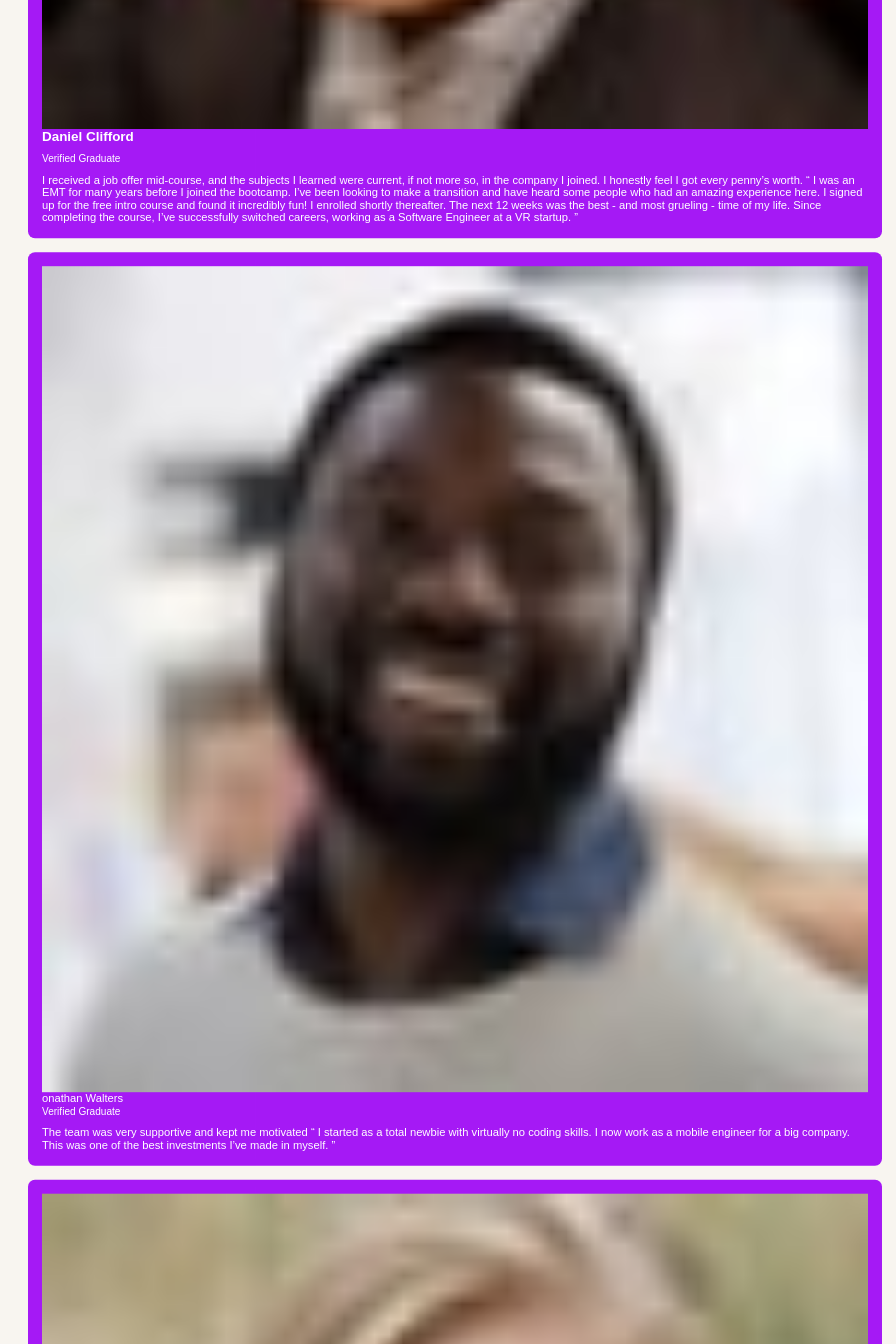
Repository: MagedElRefaey/Grid-Project
Page: Task.html
These files come from the project's save history. The page is drawn as it stood at one moment and after the next save; the edit follows.
The browser window is 1280 px wide. The pictures show the part of the page from y = 1036 to 2956 px (the page is 6830 px tall before and 6866 px after), at 70% of full size.

Above is the page before, as saved 2024-09-13 22:27:06.

### Task.html
<!DOCTYPE html>
<html lang="en">
<head>
    <link rel ="stylesheet" href="./Style.css">
    <meta charset="UTF-8">
    <meta name="viewport" content="width=device-width, initial-scale=1.0">
    <title>Document</title>
</head>
<body>
    <div class="Container">
        <div class="Card David"> <img src = "images/image-daniel.jpg">

            <h3>Daniel Clifford</h3>
            <p>Verified Graduate</p>

            I received a job offer mid-course, and the subjects I learned were current, if not more so,
            in the company I joined. I honestly feel I got every penny’s worth.

            “ I was an EMT for many years before I joined the bootcamp. I’ve been looking to make a
            transition and have heard some people who had an amazing experience here. I signed up
            for the free intro course and found it incredibly fun! I enrolled shortly thereafter.
            The next 12 weeks was the best - and most grueling - time of my life. Since completing
            the course, I’ve successfully switched careers, working as a Software Engineer at a VR startup. ”</div>
        <div class="Card Jonathan"><img src = "images/image-jonathan.jpg"> onathan Walters
            <p>Verified Graduate</p>

            The team was very supportive and kept me motivated

            “ I started as a total newbie with virtually no coding skills. I now work as a mobile engineer
            for a big company. This was one of the best investments I’ve made in myself. ”</div>
        <div class="Card Jeantette"> <img src = "images/image-jeanette.jpg">
            <h3>Jeanette Harmon</h3>
            <p>Verified Graduate</p>

            An overall wonderful and rewarding experience

            “ Thank you for the wonderful experience! I now have a job I really enjoy, and make a good living
            while doing something I love. ” </div>

        <div class="Card Patrick"><img src="images/image-patrick.jpg">
            <h3>Patrick Abrams</h3>
            <p>Verified Graduate</p>

            Awesome teaching support from TAs who did the bootcamp themselves. Getting guidance from them and
            learning from their experiences was easy.

            “ The staff seem genuinely concerned about my progress which I find really refreshing. The program
            gave me the confidence necessary to be able to go out in the world and present myself as a capable
            junior developer. The standard is above the rest. You will get the personal attention you need from
            an incredible community of smart and amazing people. ”
           </div>
        <div class="Card Kira"><img src="images/image-kira.jpg">
            <h3>Kira Whittle</h3>
            <p>erified Graduate</p>

            Such a life-changing experience. Highly recommended!

            “ Before joining the bootcamp, I’ve never written a line of code. I needed some structure from
            professionals who can help me learn programming step by step. I was encouraged to enroll by a former
            student of theirs who can only say wonderful things about the program. The entire curriculum and staff
            did not disappoint. They were very hands-on and I never had to wait long for assistance. The agile team
            project, in particular, was outstanding. It took my learning to the next level in a way that no tutorial
            could ever have. In fact, I’ve often referred to it during interviews as an example of my developent
            experience. It certainly helped me land a job as a full-stack developer after receiving multiple offers.
            100% recommend! ” </div>
    </div>
</body>
</html>

### Style.css
*{
    margin:0;
    padding: 0;
    box-sizing: border-box;
    font-family: Arial, sans-serif;
}
body{
    background-color: rgb(248, 245, 240);
    padding: 20px;
}
.Container{
    display: grid;
    grid-template-areas: ".David" ".David" ".Jonathan" ".Jonathan"
                          ".Jeantette" ".Jeantette" ".Patrick" ".Patrick"
                          ".Kira" ".Kira" ".Kira" ".Kira";
    gap: 20px;

}
.Card{
    padding: 20px;
    border-radius: 10px;
    color: white;
    display: flex;
    flex-direction: column;
    justify-content: space-between;
}
.David{
    grid-area:David;
    /* height: 100%;
    width: 100%;
    border: 3px solid black; */
    /* padding: 20px 0; */
    background-color: #9c00f7e5;
}
.Jonathan{
    grid-area:Jonathan;
    /* height: 100%;
    width: 100%;
    border: 3px solid black; */
    /* padding: 20px 0; */
    background-color: #9c00f7e5;
}
.Jeantette{
    grid-area:Jeantette;
    /* height: 100%;
    width: 100%;
    border: 3px solid black; */
    /* padding: 20px 0; */
    background-color: #9c00f7e5;
}
.Patrick{
    grid-area:Patrick;
    /* height: 100%;
    width: 100%;
    border: 3px solid black; */
    /* padding: 20px 0; */
    background-color: #9c00f7e5;
}
.Kira{
    grid-area:Kira;
    /* height: 100%;
    width: 100%;
    border: 3px solid black; */
    /* padding: 20px 0; */
    background-color: #9c00f7e5;
}
h3{
    margin-bottom: 10px;
    font-size: 1.2rem;
}
p{
    font-size: 0.9rem;
    line-height: 1.5;
    margin-bottom: 10px;
}

After the next save:
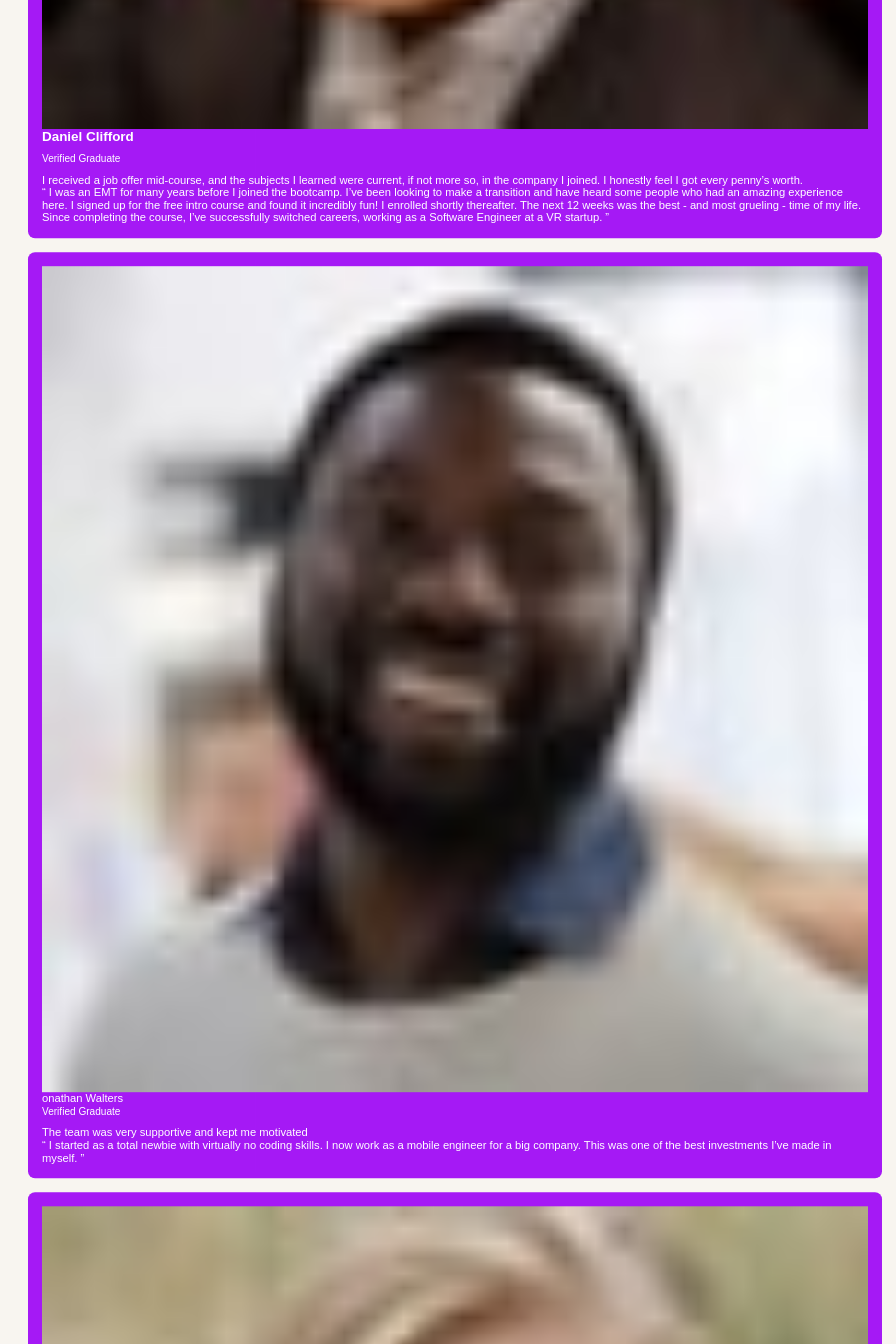
Saved 2 min 18 s later.
--- a/Task.html
+++ b/Task.html
@@ -12,9 +12,9 @@
 
             <h3>Daniel Clifford</h3>
             <p>Verified Graduate</p>
-
+            <blockquote>
             I received a job offer mid-course, and the subjects I learned were current, if not more so,
-            in the company I joined. I honestly feel I got every penny’s worth.
+            in the company I joined. I honestly feel I got every penny’s worth.</blockquote>
 
             “ I was an EMT for many years before I joined the bootcamp. I’ve been looking to make a
             transition and have heard some people who had an amazing experience here. I signed up
@@ -24,7 +24,7 @@
         <div class="Card Jonathan"><img src = "images/image-jonathan.jpg"> onathan Walters
             <p>Verified Graduate</p>
 
-            The team was very supportive and kept me motivated
+            <blockquote>The team was very supportive and kept me motivated</blockquote>
 
             “ I started as a total newbie with virtually no coding skills. I now work as a mobile engineer
             for a big company. This was one of the best investments I’ve made in myself. ”</div>
@@ -32,7 +32,7 @@
             <h3>Jeanette Harmon</h3>
             <p>Verified Graduate</p>
 
-            An overall wonderful and rewarding experience
+            <blockquote>An overall wonderful and rewarding experience</blockquote>
 
             “ Thank you for the wonderful experience! I now have a job I really enjoy, and make a good living
             while doing something I love. ” </div>
@@ -41,8 +41,8 @@
             <h3>Patrick Abrams</h3>
             <p>Verified Graduate</p>
 
-            Awesome teaching support from TAs who did the bootcamp themselves. Getting guidance from them and
-            learning from their experiences was easy.
+            <blockquote>Awesome teaching support from TAs who did the bootcamp themselves. Getting guidance from them and
+            learning from their experiences was easy.</blockquote>
 
             “ The staff seem genuinely concerned about my progress which I find really refreshing. The program
             gave me the confidence necessary to be able to go out in the world and present myself as a capable
@@ -53,7 +53,7 @@
             <h3>Kira Whittle</h3>
             <p>erified Graduate</p>
 
-            Such a life-changing experience. Highly recommended!
+            <blockquote>Such a life-changing experience. Highly recommended!</blockquote>
 
             “ Before joining the bootcamp, I’ve never written a line of code. I needed some structure from
             professionals who can help me learn programming step by step. I was encouraged to enroll by a former
